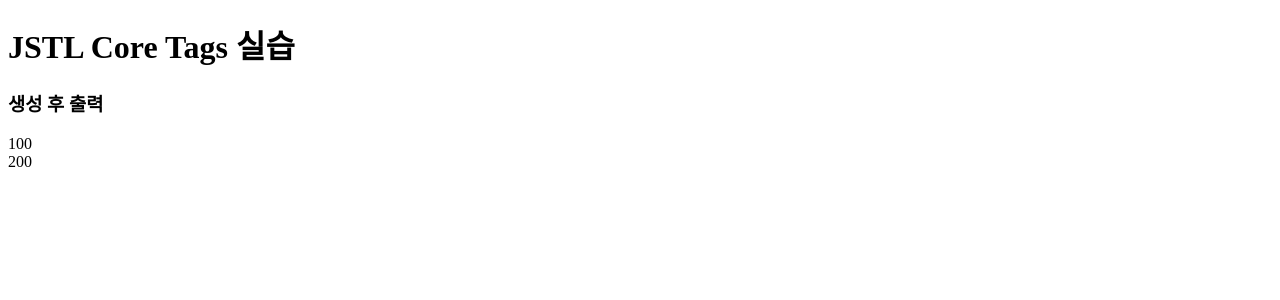
Repository: ajtwls1256/Web-workspace
Page: http://localhost/Day55-jspTag/JSTL/jsp_JSTL_Basic3.jsp
These files come from the project's save history. The page is drawn as it stood at one moment and after the next save; the edit follows.
The browser window is 1280 px wide. The pictures show the whole page.
The page is served by Tomcat 9.

Above is the page before, as saved 2019-10-14 04:50:36.

After the next save:
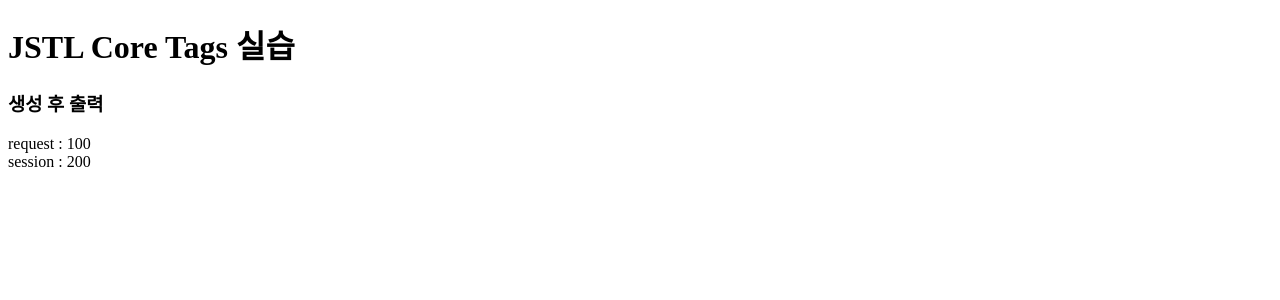
Saved 34 s later.
--- a/Day55-jspTag/WebContent/JSTL/jsp_JSTL_Basic3.jsp
+++ b/Day55-jspTag/WebContent/JSTL/jsp_JSTL_Basic3.jsp
@@ -12,8 +12,8 @@
 	<c:set var="num1" value="100" scope="request"/>
 	<c:set var="num1" value="200" scope="session"/>
 	<h3>생성 후 출력</h3>
-	${requestScope.num1 }<br>
-	${sessionScope.num1 }<br>
+	request : ${requestScope.num1 }<br>
+	session : ${sessionScope.num1 }<br>
 
 
 </body>
